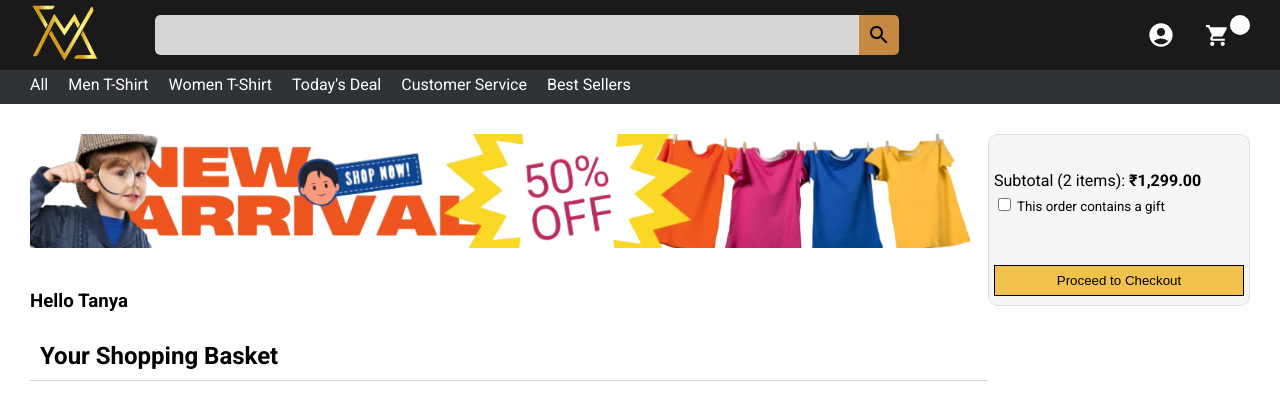
Repository: RiwanshiSoni/MatraVastra
Page: /cart
These files come from the project's save history. The page is drawn as it stood at one moment and after the next save; the edit follows.
The browser window is 1280 px wide. The pictures show the whole page.
The page's requests for data from a server got no answer. The project was rebuilt for these pictures with package versions that can differ from the ones it lists, and the page was loaded fresh each time. No one was signed in, and anything a server would have sent is missing. Also part of the build but not shown: vite.config.js, src/Product.jsx, src/Login.jsx, src/Slider.jsx, src/SignUp.jsx, src/css/banner.css, src/Banner.jsx.

Above is the page before, as saved 2024-08-29 19:36:29.

### index.html
<!doctype html>
<html lang="en">
  <head>
    <meta charset="UTF-8" />
    <link rel="icon" type="image" href="./logo004.jpg" />
    <meta name="viewport" content="width=device-width, initial-scale=1.0" />
    <meta name="theme-color" content="#000000"/>
    <meta name="description" content="Web site created using create-react-app"  />

    <title>MatraVastra</title>
  </head>
  <body>
    <div id="root"></div>
    <script type="module" src="/src/main.jsx"></script>
  </body>
</html>

### src/main.jsx
import { StrictMode } from 'react'
import { createRoot } from 'react-dom/client'
import App from './App.jsx'
import './index.css'

createRoot(document.getElementById('root')).render(
  <StrictMode>
    <App />

  </StrictMode>
)

### src/App.jsx
import { BrowserRouter as Router, Routes, Route } from 'react-router-dom';
import Header from "./Header";
import Product from "./Product";
import ShoppingCart from './ShoppingCart';
import SignUp from './SignUp';
import Login from './Login'
import Banner from "./Banner";
import './App.css';
import commerce from './lib/commerce';
import { useEffect, useState } from 'react';
import { Switch } from '@mui/material';


function App() {
  const [productsList, setProductsList] = useState([]);
  const [cart, setCart] = useState(1);


const fetchProducts = async()=>{
  const response = await commerce.products.list()
  setProductsList(response.data)
}
const fetchCart = async()=>{
setCart(await commerce.cart.retrieve())
}


const addToCart = async(productId,  quantity)=>{
  console.log('addTocart Started ')
  const response = await commerce.cart.add(productId, quantity)
  console.log(response);
  // console.log(response.cart);
  setCart(cart+1)
}


useEffect(() => {
  fetchProducts();
  fetchCart();
  // Fetch the cart initially
}, []);

  return (
    <Router>
      <div className='App'>
        <Header cart={cart} />

        <Routes>
          <Route
            exact
            path="/"
            element={
              <>
                <div className='banner'>
                  <Banner />
                </div>
                <Product productsList = {productsList}  addToCart = {addToCart}
                />

              </>
            }
          />
          <Route
            exact
            path='/cart'
            element={<ShoppingCart   cart={cart}  />}
          />
          <Route
            exact
            path='/signup'
            element={<SignUp />}
          />
          {/* <Route
            exact
            path='/login'
            element={<Login />}
          /> */}
        </Routes>
      </div>
    </Router>
  );
}

export default App;

### src/index.css

body{
    margin: 0;
}

/* code{
    font-family: source-code-pro, Menlo, Manaco, Consolas, 'Courier New', monospace;
} */


/* .banner img{
    width: 100%;
} */

### src/Header.jsx
import React from 'react';
import { Link } from 'react-router-dom';
import "./css/Header.css";
import Logo from './logo04.jpg'; // Correct file path
import SearchIcon from '@mui/icons-material/Search';
import ShoppingCartIcon from '@mui/icons-material/ShoppingCart';
import AccountCircleIcon from '@mui/icons-material/AccountCircle';

function Header({cart}) {
  return (
    <>
    <div className="header">
      <div className="header_top">
      <Link to="/">
        <img src={Logo} alt="Logo" className='header__logo' />
      </Link>
      <div className='header__search'>
        <input type="search" name="search" id="searchBar" />
        <SearchIcon className='searchIcon' />
      </div>
      <div className='header__nav'>

        <div className='signup'>
          <Link to="/signup">
            <AccountCircleIcon style={{ fontSize: 28 }} className='signup' />
          </Link>
        </div>
        <div className='header__optionBasket'>
          <Link to="/cart">
            <ShoppingCartIcon style={{ fontSize: 25 }} className='cart' />
            <span>

             {cart.total_items}

            </span>
          </Link>

        </div>

      </div>
      </div>

      <div className='header__bottom'>
        <ul>
          <li>All</li>
          <li>Men T-Shirt</li>
          <li>Women T-Shirt</li>
          <li>Today's Deal</li>
          <li>Customer Service</li>
          <li>Best Sellers</li>
        </ul>
      </div>
    </div>
    </>
  );
}

export default Header;

### src/ShoppingCart.jsx
import React from "react";
import Leaderboard from "./leaderboard00.png";
import CheckoutProductImg from "./p2.png";
import "./css/shopping.css";

function ShoppingCart({ cart }) {
  console.log(cart);
  return (
    <div className="checkout">
      <div className="checkout_left">
        <img src={Leaderboard} className="checkout_ad" alt="Leaderboard Ad" />
        <div>
          <h3 className="h3">Hello Tanya</h3>
          <h2 className="checkout_title">Your Shopping Basket</h2>

          {cart?.line_items?.map((item) => {
            // console.log(cart); // Check the structure of cart before rendering

            return (
              <div className="checkoutProduct" key={item.id}>
                <img
                  src={item.image.source}
                  className="checkoutProduct_img"
                  alt="Product"
                />
                <div className="checkoutProduct_info">
                  <p className="checkoutProduct_title">{item.name}</p>
                  <p className="checkoutProduct_price">
                    <strong>
                      {item.price.formatted_with_symbol} * {item.quantity} = ₹{" "}
                      {(item.price.raw * item.quantity).toFixed(2)}
                    </strong>
                  </p>
                  <button>Remove From Basket</button>
                </div>
              </div>
            );
          })}

          {/* <div className="checkoutProduct">
            <img src={CheckoutProductImg} className="checkoutProduct_img" alt="Product" />
            <div className="checkoutProduct_info">
              <p className='checkoutProduct_title'>Product Name</p>
              <p className='checkoutProduct_price'>
                <strong>₹600.00 * 1 = ₹ 600</strong>
              </p>
              <button>Remove From Basket</button>
            </div>
          </div> */}
        </div>
      </div>
      <div className="checkout_right">
        <div className="subtotal">
          <p  className='p'>
            Subtotal (2 items): <strong>₹1,299.00</strong>


          </p>
          <small className="subtotal_gift">
            <input type="checkbox"/> This order contains a gift
          </small>

        <div className="subtotalButton">
          <button className='proceedToCheckOutButton'>Proceed to Checkout</button>
          </div>
        </div>
      </div>
    </div>
  );
}

export default ShoppingCart;

// ***************************************************************

// import React from 'react';
// import Leaderboard from "./leaderboard00.png";
// import './css/shopping.css';

// function ShoppingCart({cart}) {

//   // Calculate subtotal
//   const calculateSubtotal = () => {
//     return cart?.line_items?.reduce((acc, item) => acc + item.price.raw * item.quantity, 0).toFixed(2);
//   };

//   return (
//     <div className='checkout'>
//       <div className="checkout_left">
//         <img src={Leaderboard} className='checkout_ad' alt="Leaderboard Ad" />
//         <div>
//           <h3 className='h3'>Hello Tanya</h3>
//           <h2 className='checkout_title'>Your Shopping Basket</h2>

//           {/* Rendering the list of products in the cart */}
//           {cart?.line_items?.map(item => (
//             <div className="checkoutProduct" key={item.id}>
//               <img src={item.media.source} className="checkoutProduct_img" alt="Product" />
//               <div className="checkoutProduct_info">
//                 <p className='checkoutProduct_title'>{item.name}</p>
//                 <p className='checkoutProduct_price'>
//                   <strong>{item.price.formatted_with_symbol} x {item.quantity} = ₹{(item.price.raw * item.quantity).toFixed(2)}</strong>
//                 </p>
//                 <button>Remove From Basket</button>
//               </div>
//             </div>
//           ))}
//         </div>
//       </div>
//       <div className="checkout_right">
//         <div className="subtotal">
//           <p className='p'>
//             Subtotal ({cart?.total_items || 0} items):
//             <strong> ₹{calculateSubtotal()}</strong>
//           </p>
//           <small className="subtotal_gift">
//             <input type="checkbox" /> This order contains a gift
//           </small>
//           <div className="subtotalButton">
//             <button className='proceedToCheckOutButton'>Proceed to Checkout</button>
//           </div>
//         </div>
//       </div>
//     </div>
//   );
// }

// export default ShoppingCart;

// ***********************************************************************

// import React from 'react';
// import Leaderboard from "./leaderboard00.png";
// import './css/shopping.css';

// function ShoppingCart({ cart }) {

//   // Calculate subtotal
//   const calculateSubtotal = () => {
//     return cart?.line_items?.reduce((acc, item) => acc + item.price.raw * item.quantity, 0).toFixed(2);
//   };

//   return (
//     <div className='checkout'>
//       <div className="checkout_left">
//         <img src={Leaderboard} className='checkout_ad' alt="Leaderboard Ad" />
//         <div>
//           <h3 className='h3'>Hello Tanya</h3>
//           <h2 className='checkout_title'>Your Shopping Basket</h2>

//           {/* Rendering the list of products in the cart */}
//           {cart?.line_items?.map(item => (
//             <div className="checkoutProduct" key={item.id}>
//               <img src={item.media.source} className="checkoutProduct_img" alt="Product" />
//               <div className="checkoutProduct_info">
//                 <p className='checkoutProduct_title'>{item.name}</p>
//                 <p className='checkoutProduct_price'>
//                   <strong>{item.price.formatted_with_symbol} x {item.quantity} = ₹{(item.price.raw * item.quantity).toFixed(2)}</strong>
//                 </p>
//                 <button>Remove From Basket</button>
//               </div>
//             </div>
//           ))}

//         </div>
//       </div>
//       <div className="checkout_right">
//         <div className="subtotal">
//           <p className='p'>
//             Subtotal ({cart?.total_items || 0} items):
//             <strong> ₹{calculateSubtotal()}</strong>
//           </p>
//           <small className="subtotal_gift">
//             <input type="checkbox" /> This order contains a gift
//           </small>
//           <div className="subtotalButton">
//             <button className='proceedToCheckOutButton'>Proceed to Checkout</button>
//           </div>
//         </div>
//       </div>
//     </div>
//   );
// }

// export default ShoppingCart;

### src/App.css
/* *{
  margin: 0;
} */

/* #root {
  max-width: 1280px;
  margin: 0 auto;
  padding: 2rem;
  text-align: center;
} */






/*
.card {
  padding: 2em;
}

.read-the-docs {
  color: #888;
} */


/* App.css */
/* @import "~slick-carousel/slick/slick.css";
@import "~slick-carousel/slick/slick-theme.css"; */


/* In App.css */
@import url('https://fonts.googleapis.com/css2?family=Roboto:wght@400;700&display=swap');

body {
  font-family: 'Roboto', sans-serif;
}

### src/lib/commerce.jsx
import Commerce from "@chec/commerce.js"


const commerce = new Commerce('pk_test_5811890a63baaaa675b19c7f71a919f5edfd2c42fc45a')

export default commerce

### src/css/header.css

.header__logo{
    width: 90px;
    margin-right: 45px;

}
/* .header{
    height: 70px;
    display: flex;
    align-items: center;
    background-color: #1a1a1a;
    position: sticky;
    top: 0;
    z-index: 100;
    padding: 0px 20px ;
} */
.header_top{
    height: 70px;
    display: flex;
    align-items: center;
    background-color: #1a1a1a;
    position: sticky;
    top: 0;
    z-index: 100;
    padding: 0px 20px ;
}

.header__bottom{
    background-color: #2f3237;

}
.header__bottom ul{
    list-style: none;
    padding: 5px 30px 10px 30px;
    margin: 0;
    display: flex;
    align-items: center;
}

.header__bottom ul li{
    margin-right: 20px;
    color: white;
}

.header__search{
    display: flex;
   width: 60%;
    align-items: center;
    border-radius: 5px;
    overflow: hidden;

}
.header__search input{
flex: 1;
height: 35px;
padding: 20px;
border: 0;
outline: 0;
border-radius: 5px 0 0 5px ;
background-color: #d6d4d5;
}

.searchIcon{
    padding: 8px;
    height: 18px;
    background-color: #c68942;
}

.header__nav{
    display: flex;
    align-items: center;
    justify-content: space-between;
    margin-left: auto;
}
/* .header_option1{
font-size: 10px;
color: white;
}
.header_option2{
    display: block;
    color: white;
    font-size: 13px;
    font-weight: 800;
} */

.signup{
display: flex;
margin-left: 10px;
margin-right: 10px;
font-size: 40px;
color: white;

}

.header__optionBasket{
display: flex;
color: white;
margin-left: 10px;
margin-right: 10px;
}


.header__optionBasket a{
color: #fff;
display: flex;
align-items: center;
text-decoration: none;
}
.header__optionBasket a span{
    margin-top: -20px;
    width: 20px;
    height: 20px;
    display: inline-block;
    color: #000;
    border-radius: 50%;
    background-color: #fff;
    text-align: center;
    font-size: 14px;
    font-weight: bold;
}


.header__bottom ul li img{
    width: 250px;
}

.cart{
    color: white;
}

### src/css/product.css
.products_wrap{
    display: grid;
    place-items: center;
    grid-template-columns: auto auto auto auto;
    margin-top: 100px;

}
.products_wrap .product{
    background-color: #fffcfc;
    padding: 10px;
    margin: 0px 5%;
    width: 70%;
    z-index: 1;
text-align: center;
box-shadow: 0px 0px 15px rgba(0, 0, 0, 0.635);
margin-bottom: 30px;
border-radius: 5px;
}

.products_wrap .product img{
max-width: 100%;
height: 300px;
width: 100%;
border-radius: 5px;
object-fit: cover;
object-position: top;
}

.products_wrap .product p{
    color: #cd9042;
    margin: 0px;
    margin-bottom: 10px;
}

.products_wrap .product button{
    background: #cd9042;
    border: 0px;
    outline: 0px;
    cursor: pointer;
    padding: 10px 20px ;
    border-radius: 20px;
    font-weight: bold;
    color: white;
}

body{
    background-color: #ffffff;
}

### src/css/shopping.css

.checkout{
    display: flex;
    padding: 30px;
    /* padding-right: 0px; */

}

.checkout_ad{
width: 100%;
margin-bottom: 20px;


}

.checkout_title{
    padding: 10px;
    border-bottom: 1px solid lightgray;

}

.checkoutProduct{
    display: flex;
    margin-top: 20px;
    margin-bottom: 20px;
    border-bottom: 1px solid #ccc;
    padding-bottom: 20px;
}
.checkoutProduct img{
    width: 180px;
    height: 180px;
    object-fit: contain;
}
.checkoutProduct_info{
    padding-left: 20px;
}
.checkoutProduct_title{
    font-size: 17px;
    font-weight: 800;
}

.checkoutProduct_price{
    margin: 20px 0px ;
}
.checkoutProduct_info button{
    background-color: #f0c14b;
    border: 1px solid;
    padding: 5px 20px ;
    border-radius: 20px;
    cursor: pointer;
}

.checkout_right{
    display: flex;
    flex-direction: column;
    justify-content: space-between;
    width: 300px;
   height: 100px;
   padding: 20px 5px 50px 5px;


   /* margin-left: auto; */
   background-color: hsl(0, 0%, 96%);
   border: 1px solid#ddd;
   border-radius: 10px;
   position: sticky;
   align-items: center;

}

.checkout_right button{
    background-color: #f0c14b;
    border: 1px solid;
    padding: 7px 20px ;

    cursor: pointer;
}


.p{
    margin-bottom: 5px;
}

.subtotalButton{
    margin-top: 50px;
}
.proceedToCheckOutButton{

    width: 250px;

}

/*
.h3{
    margin-top: auto;
margin-bottom: auto;
}

h2{
    margin: auto;
} */

After the next save:
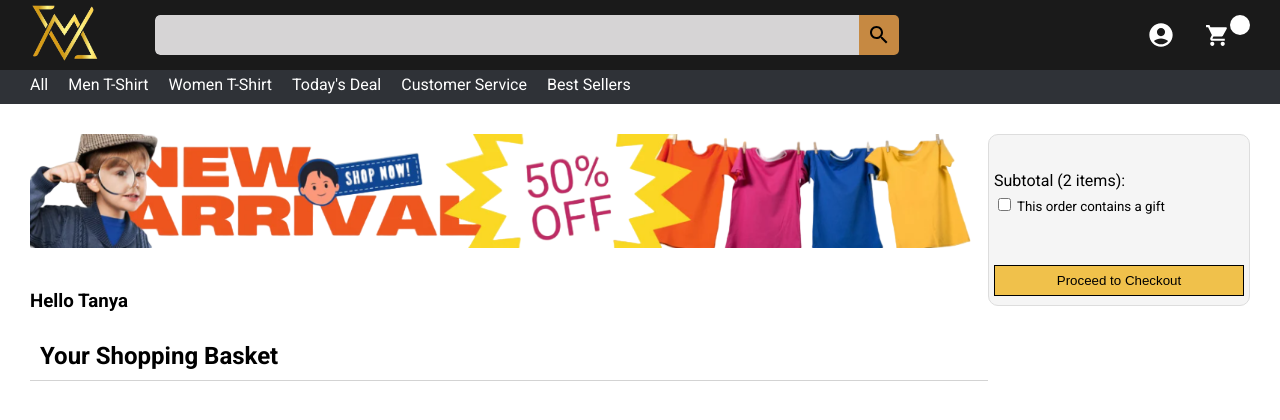
Saved 72 s later.
--- a/src/ShoppingCart.jsx
+++ b/src/ShoppingCart.jsx
@@ -52,7 +52,7 @@
       <div className="checkout_right">
         <div className="subtotal">
           <p  className='p'>
-            Subtotal (2 items): <strong>₹1,299.00</strong>
+            Subtotal (2 items): <strong>{cart.total_items}</strong>
 
 
           </p>
